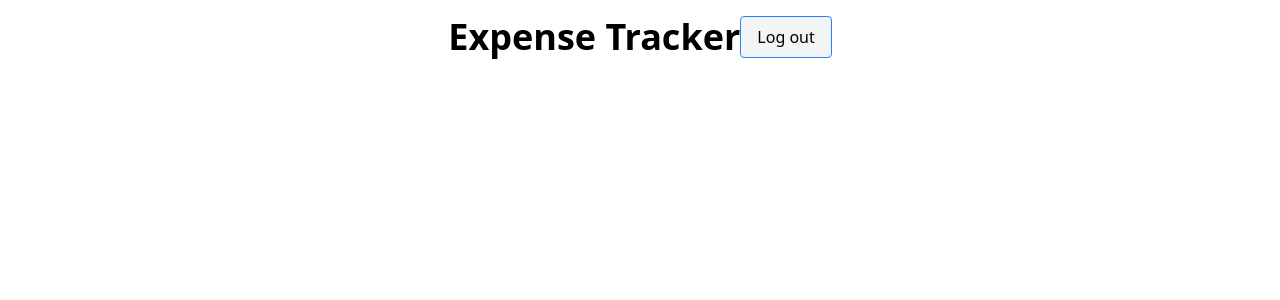
Repository: Syed-Mohsin-Ali786/frontend-expense-tracker
Page: /signup
The author's editor kept a copy of each file at every save. The page is drawn from the files as they stood at one save, then again after the next save.
The browser window is 1280 px wide. The pictures show the whole page.
The project was rebuilt for these pictures with package versions that can differ from the ones it lists, and the page was loaded fresh each time.

Above is the page before, as saved 2025-09-28 13:49:37.

### src/App.tsx

import './App.css'

function App() {


  return (
    <div className='flex justify-center flex-col items-center mt-4 '>
      <header className='flex items-center justify-between'>
     <h1 className='text-4xl font-semibold'>Expense Tracker</h1>
     <button className='bg-gray-100 border border-blue-500 py-2 px-4 rounded'>Log out</button>
      </header>

    </div>
  )
}

export default App

Loaded but not shown: index.html (common file); src/main.tsx (common file); src/App.css (common file)

After the next save:
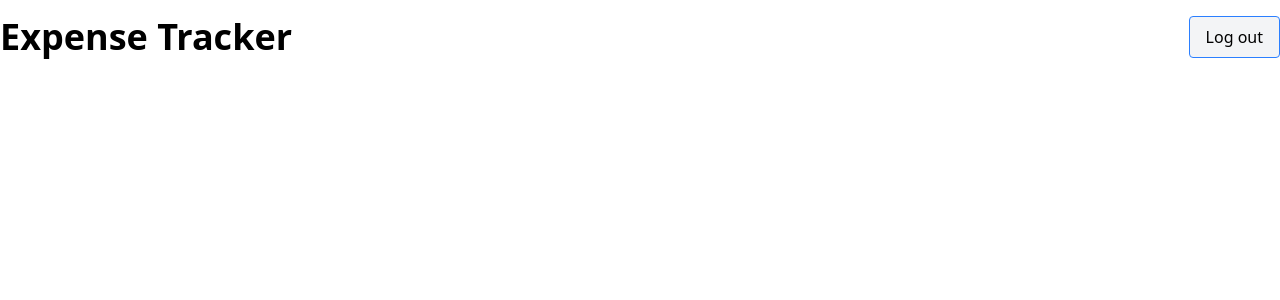
Saved 34 s later.
--- a/src/App.tsx
+++ b/src/App.tsx
@@ -5,7 +5,7 @@ function App() {
 
 
   return (
-    <div className='flex justify-center flex-col items-center mt-4 '>
+    <div className=' mt-4 '>
       <header className='flex items-center justify-between'>
      <h1 className='text-4xl font-semibold'>Expense Tracker</h1>
      <button className='bg-gray-100 border border-blue-500 py-2 px-4 rounded'>Log out</button>
